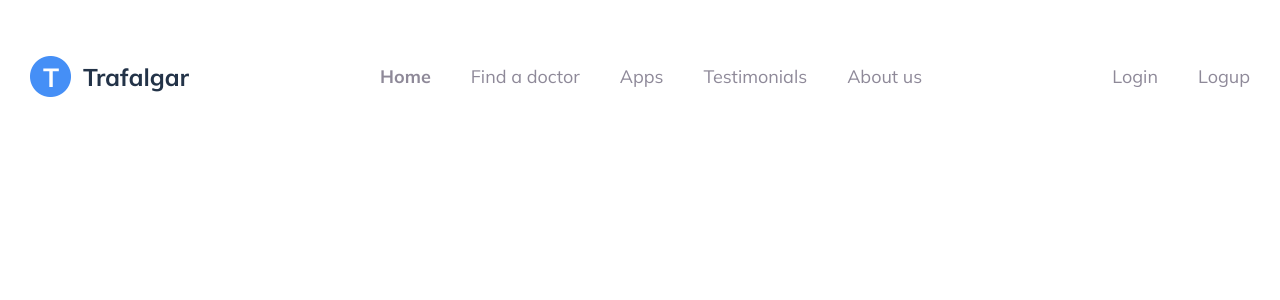
Repository: tungcutte35/Trafalgar
Page: index.html
An editor plug-in stored every save of this project. The page is shown before and after the next save, followed by the edit.
The browser window is 1280 px wide. The pictures show the whole page.
The style sheet was rebuilt from its Sass, Less or Tailwind sources for each picture, by a compiler version that may differ from the author's.

Above is the page before, as saved 2021-10-17 16:17:59.

### index.html
<!DOCTYPE html>
<html lang="en">
<head>
  <meta charset="UTF-8">
  <meta http-equiv="X-UA-Compatible" content="IE=edge">
  <meta name="viewport" content="width=device-width, initial-scale=1.0">
  <title>HE</title>
  <link rel="stylesheet" href="./sass/css/app.css">
  <link rel="preconnect" href="https://fonts.googleapis.com">
  <link rel="preconnect" href="https://fonts.gstatic.com" crossorigin>
  <link href="https://fonts.googleapis.com/css2?family=Mulish:wght@300;400;700&display=swap" rel="stylesheet">
 <link rel="stylesheet" href="./font/fontawesome-free-5.15.4-web/css/all.min.css">
</head>
<body>
  <div class="wrapper">
    <header class="header">
    <div class="container">
      <div class="header-main">
        <img srcset="./Images/logo.png 2x" alt="" class="header-img">
        <ul class="menu">
          <li class="menu-item">
            <a href="#" class="menu-link"><strong>Home</strong></a>
          </li>
          <li class="menu-item">
            <a href="#" class="menu-link">Find a doctor</a>
          </li>
          <li class="menu-item">
            <a href="#" class="menu-link">Apps</a>
          </li>
          <li class="menu-item">
            <a href="#" class="menu-link">Testimonials</a>
          </li>
          <li class="menu-item">
            <a href="#" class="menu-link">About us</a>
          </li>
        </ul>
        <ul class="header-log">
          <li class="menu-item">
            <a href="#" class="menu-link">Login</a>
          </li>
          <li class="menu-item">
            <a href="#" class="menu-link">Logup</a>
          </li>
          </ul>
      </div>
    </div>
  </div>


</body>
</html>

### sass/app.scss
@import "reset";
@import "variables";
@import "global";
@import "header";
@import "./menu";

### sass/_variables.scss
$font: "Mulish", sans-serif;
$gray: #1f1534;
$heading-color: #000000;
$primary-color: #458ff6;
$footer-color: #fff;

### sass/_global.scss
.wrapper {
  max-width: 1600px;
  margin: 0 auto;
}
.container {
  max-width: 1260px;
  margin: 0 auto;
  padding: 0 20px;
}
body {
  font-family: $font;
  line-height: 1;
  font-size: 16px;
  color: $gray;
}
ul {
  list-style-type: none;
}
.button {
  display: inline-block;
  font-size: 18px;
  font-weight: 700;
  height: 60px;
  padding: 0 51px;
  border-radius: 55px;
  color: $primary-color;
}

### sass/_header.scss
.header {
  padding-top: 56px;
  &-main {
    display: flex;
    justify-content: space-between;
    align-items: center;
  }
  &-log {
    display: flex;
    justify-content: space-between;
    align-items: center;
    gap: 0 40px;
  }
}

### sass/_menu.scss
.menu {
  display: flex;
  align-items: center;
  gap: 0 40px;
  &-link {
    color: #1f1534;
    opacity: 0.5;
    font-size: 18px;
  }
  &-item:first-child {
    color: #1f1534;
  }
}

Loaded but not shown: font/fontawesome-free-5.15.4-web/css/all.min.css (library); sass/_reset.scss (common file)

After the next save:
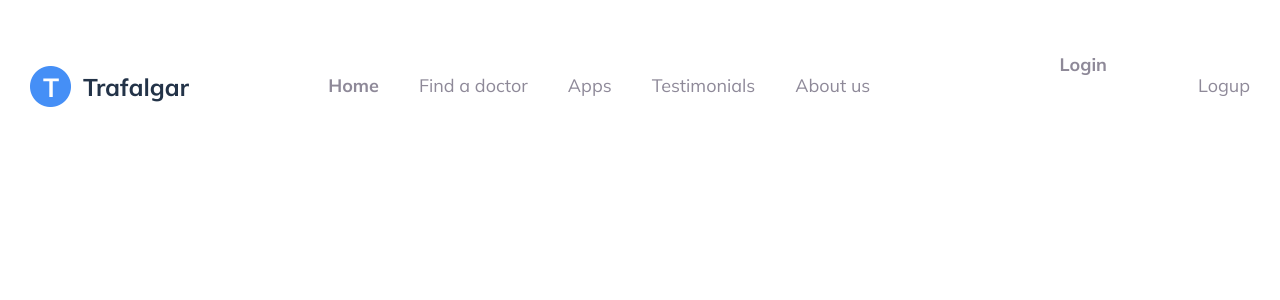
Saved 12 s later.
--- a/index.html
+++ b/index.html
@@ -36,7 +36,7 @@
         </ul>
         <ul class="header-log">
           <li class="menu-item">
-            <a href="#" class="menu-link">Login</a>
+            <a href="#" class="button menu-link">Login</a>
           </li>
           <li class="menu-item">
             <a href="#" class="menu-link">Logup</a>
